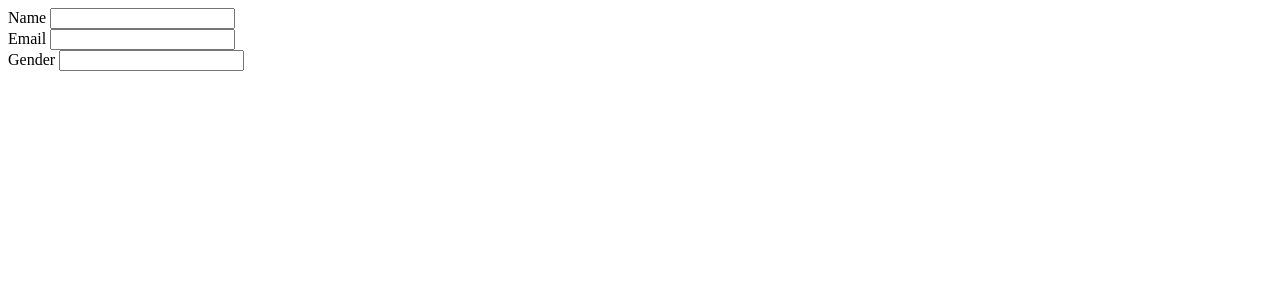
Repository: Lehuyhuynh/HTML
Page: HTML/Th1.html
The author's editor kept a copy of each file at every save. The page is drawn from the files as they stood at one save, then again after a run of saves.
The browser window is 1280 px wide. The pictures show the whole page.

Above is the page before, as saved 2023-08-03 19:50:57.

After the next 2 saves:
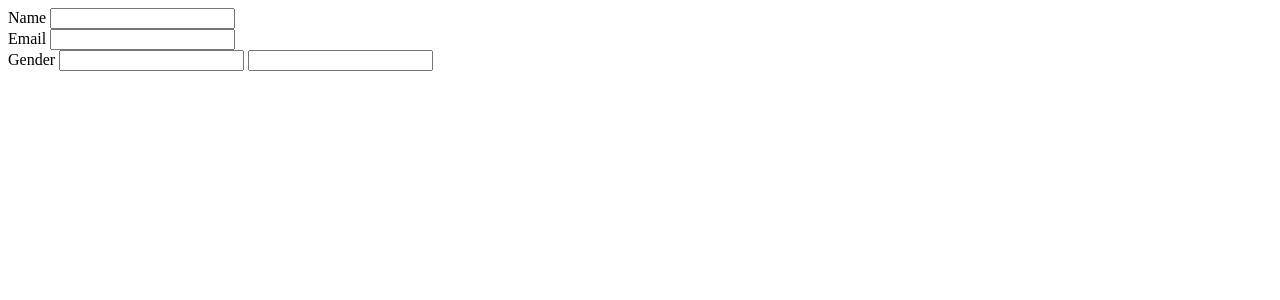
The 2 saves are shown as one change because they came seconds apart.
The last was saved 34 s later.
--- a/HTML/Th1.html
+++ b/HTML/Th1.html
@@ -17,6 +17,7 @@
   <div>
     <label for="gender">Gender</label>
     <input type="gender" id="radio">
+    <input type="gender" id="radio">
   </div>
 </body>
 </html>
